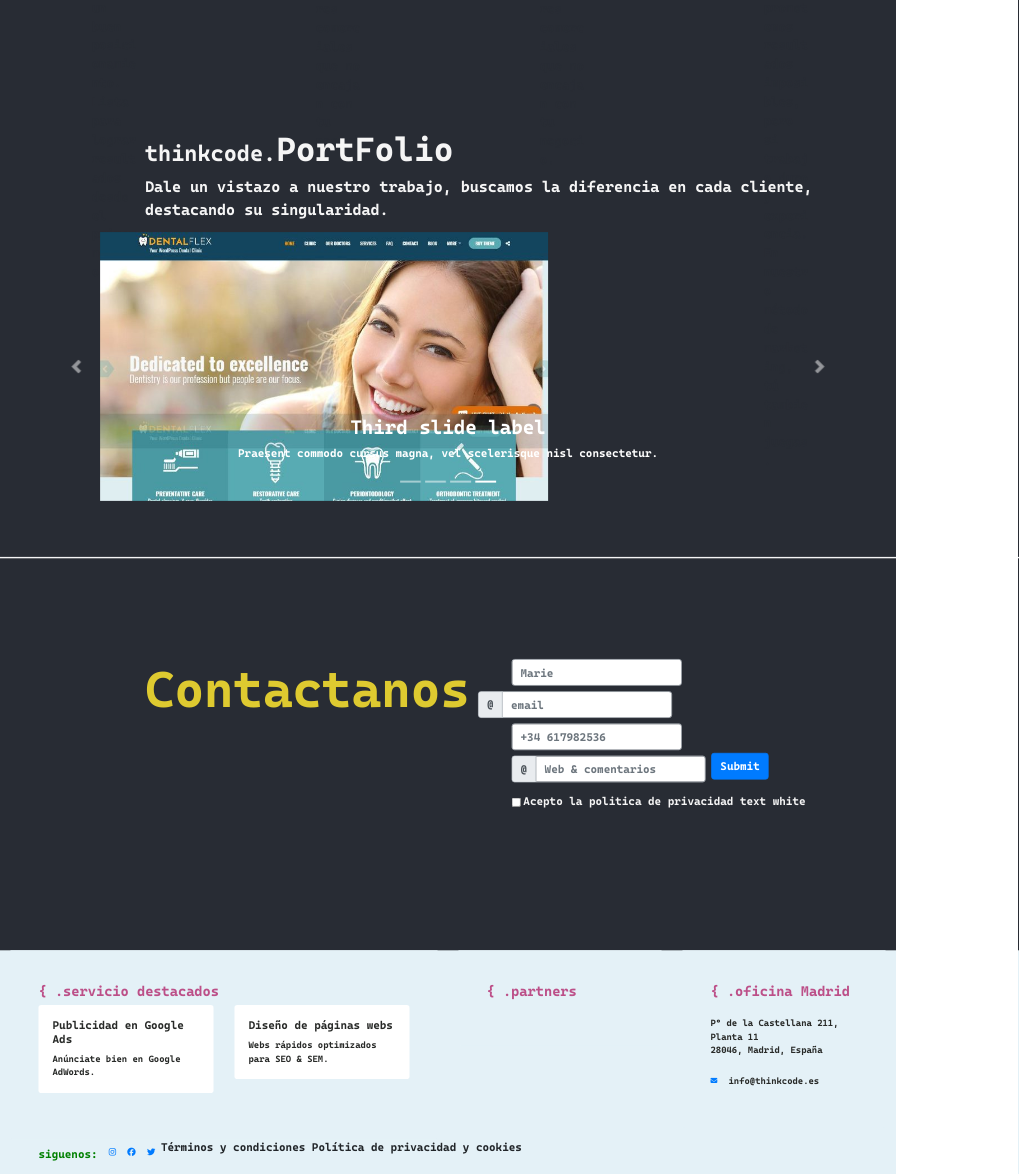
Repository: banchiec/thinkcode
Page: /
The author's editor kept a copy of each file at every save. The page is drawn from the files as they stood at one save, then again after the next save.
The browser window is 1280 px wide. The page is 1455 px wide, so the pictures cover 1455 px, including what lies to the right of the window. The pictures show the part of the page from y = 2052 to 3732 px (the page is 3729 px tall before and 3732 px after), at 70% of full size.
Some web libraries are served in a nearby version. The project was rebuilt for these pictures with package versions that can differ from the ones it lists, and the page was loaded fresh each time. A package was used in the major version that the imports need, not the one package.json lists. Also part of the build but not shown: src/components/MenuItems.js, src/components/Dropdownthink.css, src/components/Dropdownthink.js, src/components/pages/Consulting.js, src/components/pages/ContactUs.js, src/components/pages/Marketing.js, src/components/pages/Products.js, src/components/pages/Services.js and 1 more. Imported but missing from the stored project, and not drawn on this page: src/components/sliderInfo/SliderInfo.

Above is the page before, as saved 2020-11-30 20:59:44.

After the next save:
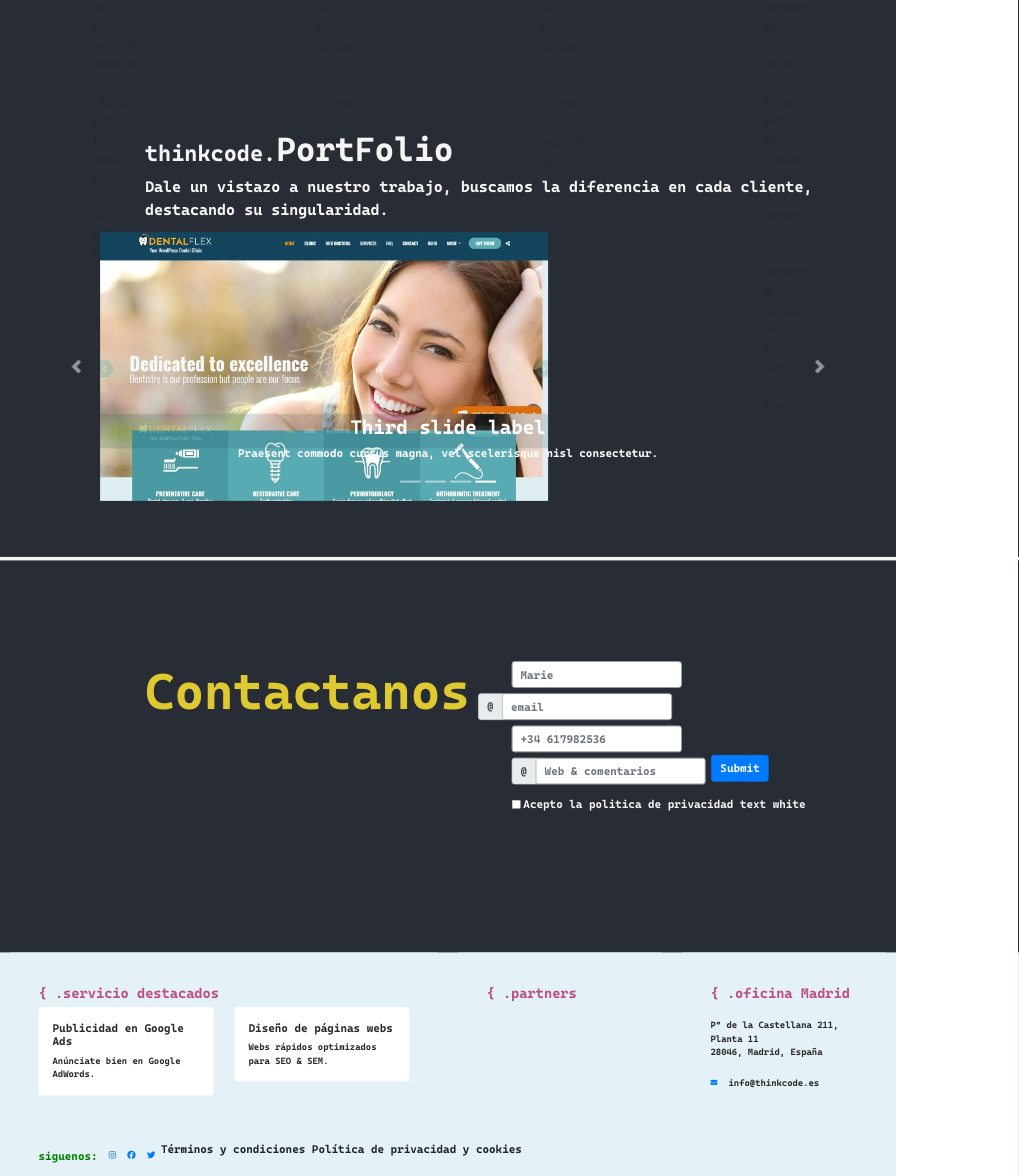
Saved 5 s later.
--- a/src/components/forms/FormContact.css
+++ b/src/components/forms/FormContact.css
@@ -1,6 +1,6 @@
 .container-formContact {
 
-    border-top: 2px solid whitesmoke;
+    border-top: 5px solid whitesmoke;
     /* background:  ; */
 
 }
